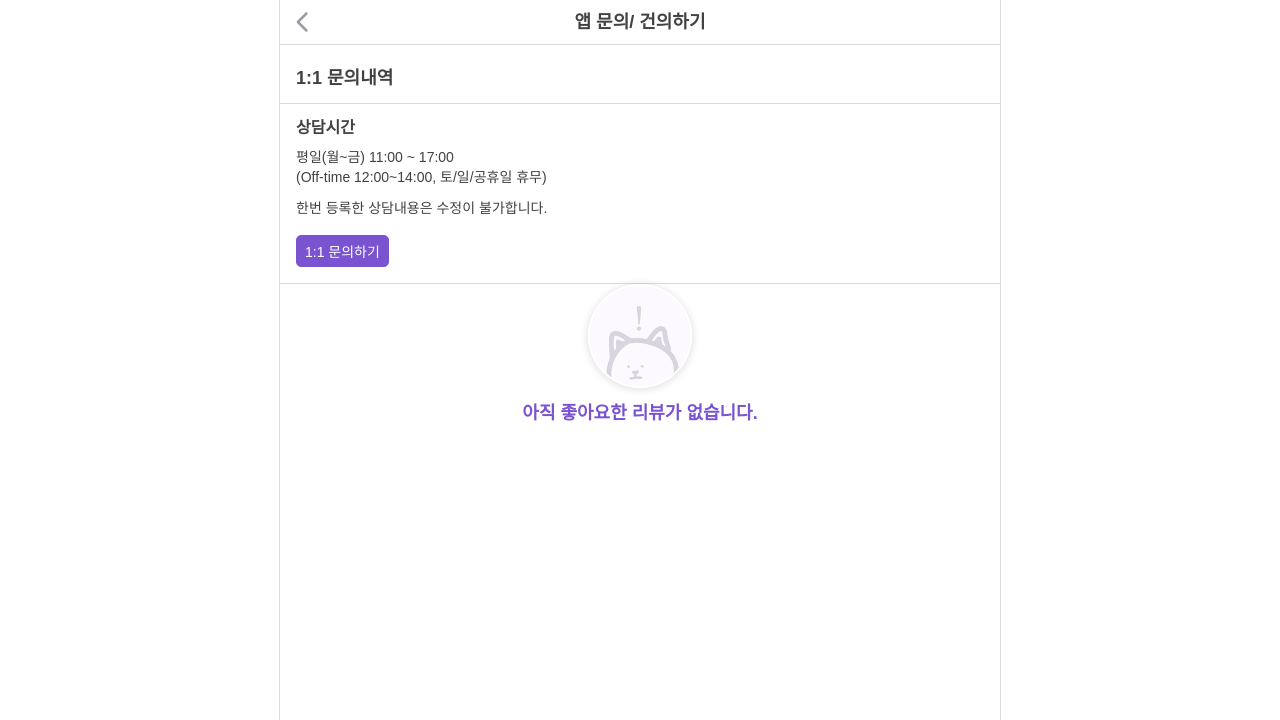
Repository: gosun1018/denguru
Page: my_complain_nodata.html
These files come from the project's save history. The page is drawn as it stood at one moment and after the next save; the edit follows.
The browser window is 1280 px wide. The pictures show the whole page.
Some web fonts or font styles are not loaded; a fallback is used. The style sheet was rebuilt from its Sass, Less or Tailwind sources for each picture, by a compiler version that may differ from the author's.

Above is the page before, as saved 2020-03-23 15:31:42.

After the next save:
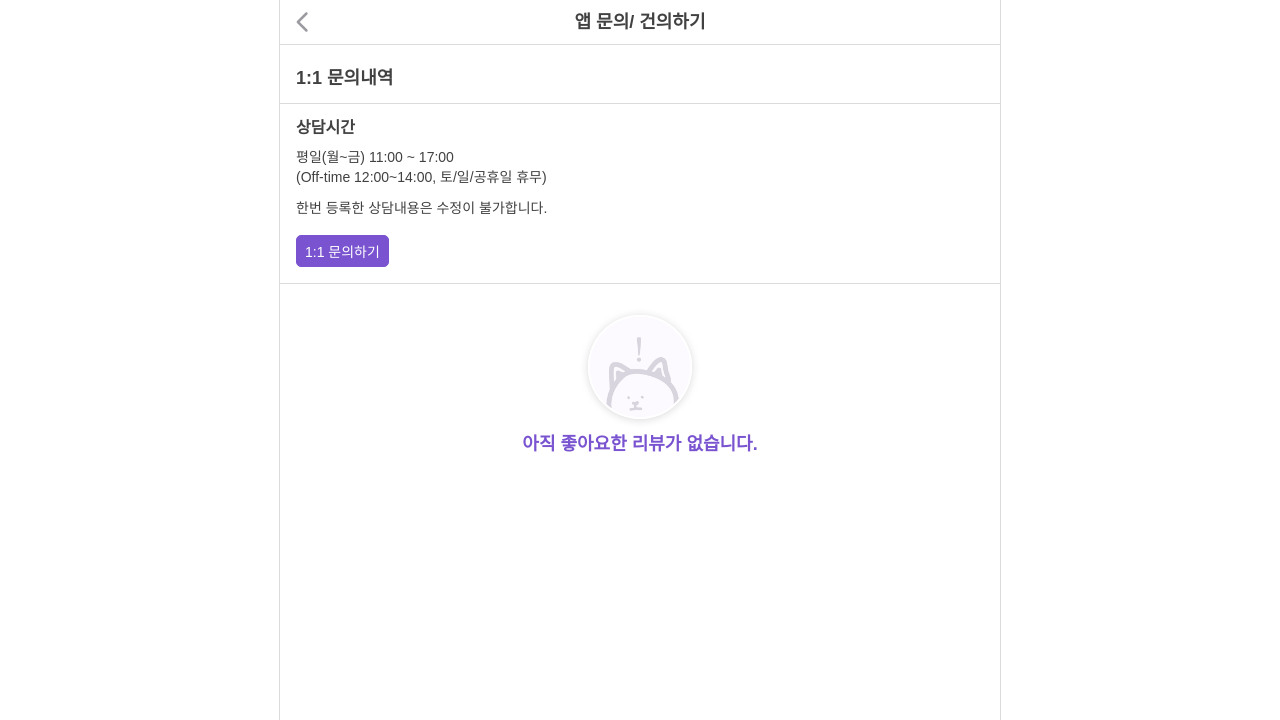
Saved 72 s later.
--- a/css/scss/pages/_mycomplain.scss
+++ b/css/scss/pages/_mycomplain.scss
@@ -1,6 +1,4 @@
 .complain_container{
-    display: flex;
-    flex-direction: column;
     flex: 1;
     background-color: $gray-0;
     padding: $layout-large-padding 0;
@@ -25,7 +23,6 @@
     }
 }
 .complain_list_container {
-    flex: 1;
 
     .complain_box {
         border-bottom: $light-border;
@@ -108,6 +105,6 @@
         }
     }
     .noreview_message_container {
-        flex: 1;
+        min-height: 200px;
     }
 }
